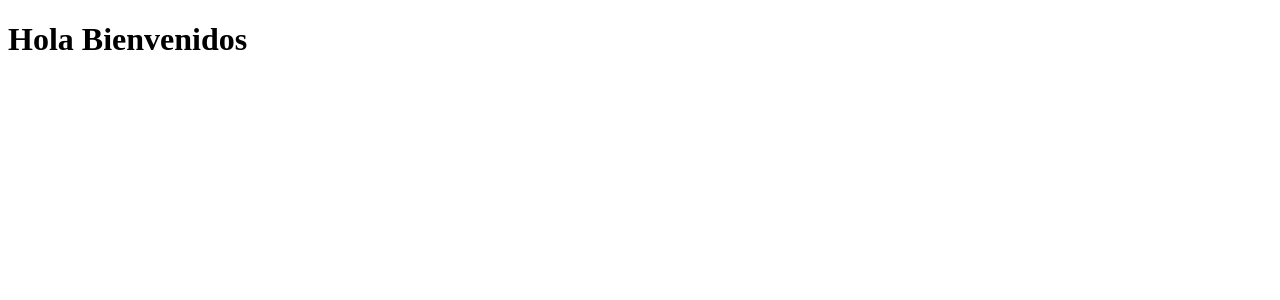
Repository: DayleenB/CursoPrueba
Page: nuevoarchivo.html
An editor plug-in stored every save of this project. The page is shown before and after the next save, followed by the edit.
The browser window is 1280 px wide. The pictures show the whole page.

Above is the page before, as saved 2025-02-17 21:47:43.

After the next save:
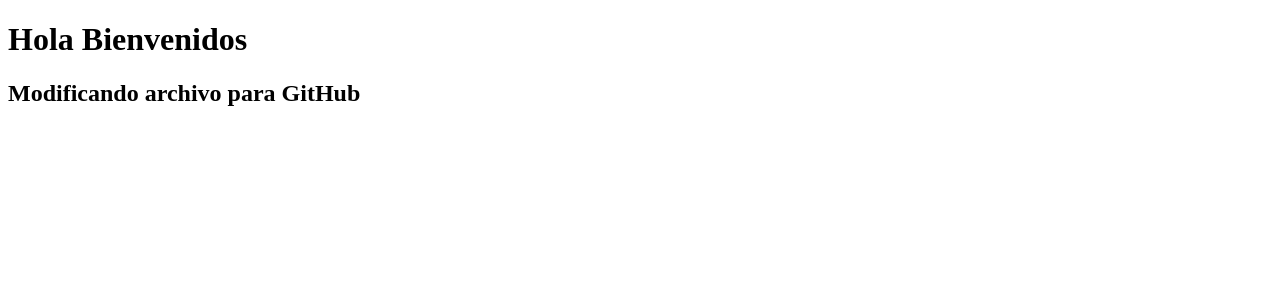
Saved 2 h 36 min later.
--- a/nuevoarchivo.html
+++ b/nuevoarchivo.html
@@ -8,6 +8,9 @@
             <h1>
                 Hola Bienvenidos
             </h1>
+            <h2>
+                Modificando archivo para GitHub
+            </h2>
         </div>
     </body>
 </html>
